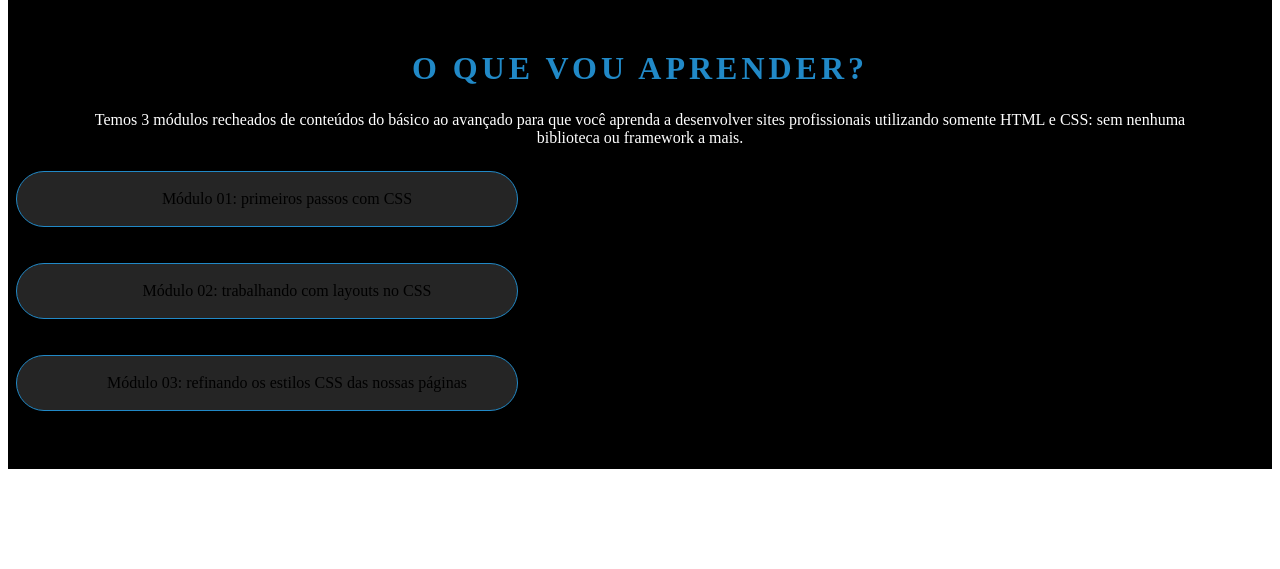
Repository: gustavotwist/trilha-css-desafio-01
Page: index.html
These files come from the project's save history. The page is drawn as it stood at one moment and after a run of saves; the edit follows.
The browser window is 1280 px wide. The pictures show the part of the page from y = 669 to 1238 px (the page is 3008 px tall before and 3009 px after).
Pictures or frames that could not be fetched are drawn as grey boxes. A picture or video elsewhere on the page could not be fetched, so the positions and the page height are approximate.

Above is the page before, as saved 2024-07-16 19:28:17.

### index.html
<!DOCTYPE html>
<html lang="en">
<head>
  <meta charset="UTF-8">
  <meta http-equiv="X-UA-Compatible" content="IE=edge">
  <meta name="viewport" content="width=device-width, initial-scale=1.0">
  <title>Trilha de CSS - DIO</title>
  <link rel="stylesheet" href="global.css">
</head>
<body>
  <header class="banner">
    <div class="banner-content">
      <div class="logo">
        <img src="assets/images/logo.png" title="Logotipo Trilha de CSS DIO" alt="Logotipo Trilha de CSS DIO">
      </div>
      <h1>Trilha de CSS da DIO</h1>
      <p>A nova Trilha de CSS da DIO está disponível. Acesse já e aprenda do zero como desenvolver sites profissionais.</p>
      <button>Quero me inscrever</button>
    </div>
  </header>
  <main>
    <section id="course-content">
      <h2>O que vou aprender?</h2>
      <p>
        Temos 3 módulos recheados de conteúdos do básico ao avançado para que você aprenda a
        desenvolver sites profissionais utilizando somente HTML e CSS: sem nenhuma biblioteca ou framework a mais.
      </p>
      <div class="modules-list">
        <div class="module">
          <span>Módulo 01:</span> primeiros passos com CSS
        </div>
        <div class="module">
          <span>Módulo 02:</span> trabalhando com layouts no CSS
        </div>
        <div class="module">
          <span>Módulo 03:</span> refinando os estilos CSS das nossas páginas
        </div>
      </div>
    </section>
    <section id="transform-world">
      <p>TRANSFORME O MUNDO COM A GENTE</p>
    </section>
    <section id="professional-challenges">
      <h2>Evolua e encare novos desafios profissionais</h2>
      <img src="assets/images/professional-challenges.png" title="Homem lendo depoimentos em um tablet" alt="Homem lendo depoimentos em um tablet">
      <p>
        Junte-se ao nosso ecossistema e transforme o mundo com a gente! Todos os dias dezenas de empresas
        acessam a nossa plataforma em busca dos talentos mais criativos, dinâmicos e colaborativos,
        além do conhecimento técnico.
        A nossa missão é te preparar para que você conecte-se com as melhores oportunidades.
      </p>
    </section>
  </main>
  <footer>
    <img class="dio-logo" src="assets/images/dio-logo.png" title="Logotipo DIO com o texto make the change" alt="Logotipo DIO com o texto make the change">
    <p>Acesse <a href="https://dio.me">dio.me</a> e se cadastre agora</p>
  </footer>
</body>
</html>

### global.css
.banner {
    background:url('/assets/images/banner.png'), no-repeat, linear-gradient(to bottom, #030709, #030709 10%, #0a1b23 50%, #030709 95%);
    background-size: cover;
    height: 600px;
    padding-top: 60px;
    border-bottom: 1px solid #2189c7;
}

h2 {
    font-size: 2rem;
    color:#2189c7;
    text-transform:uppercase;
    font-weight: bold;
    letter-spacing: 4px;
    margin-bottom: 24px;
}

.banner h1 {
    font-size: 2.5rem;
    font-weight: 900;
    text-transform: uppercase;
    color: transparent;
    background: -webkit-linear-gradient(#2189c7, #1472B7);
    background-clip: text;
    -webkit-background-clip: text;
  }

.banner .banner-content {
    text-align:center;
    color: white;
    width: 500px;
    margin: auto;
}

.banner .logo {
    background-color: rgba(0, 0, 0, .2);
    height: 260px;
    width: 260px;
    margin: auto;
    border-radius: 50%;
    padding: 16px;
    margin-bottom: 16px;
  }

.banner .logo img {
    margin: auto;
    width: 100%;
    height: 100%;
    object-fit: contain;
}

.banner .banner-content button {
    color: #2189c7;
    font-size: 1rem;
    font-weight: bold;
    padding: 16px 32px;
    text-transform: uppercase;
    letter-spacing: 4px;
    background-color: transparent;
    border-image: linear-gradient(#2189c7, #1572B7);
    border-image-slice: 10;
    border-radius: 30px;
  }


#course-content{
    border-top: solid  #2189c7;
    margin-top: -30px;
    padding:50px 58px;
    text-align:center;
    background-color:#000000;
}

section{
    margin: 100px auto;
}

p {
    color: white;
}

.banner p {
    font-size: 1.25rem;
    margin: 16px 0 24px;
  }


.modules-list {
    white-space:pre-wrap;
    margin:-28px -50px;
    padding:-20px -20px;
}

.module {
    background-color:#252525;
    border: solid #2189c7 1px;
    border-radius:50px;
    padding:-500px;
    width:500px;
}

#transform-world {
    margin-top:40px 20px;
    padding:250px 280px;
    background:url('/assets/images/woman-code.png'), no-repeat;
    object-fit:scale-down;
}

#professional-challenges {
    margin-top: -30px;
    padding:50px 58px;
    text-align:center;
    background-color:#000000;
}

footer {
    border-top: solid  #2189c7;
    margin-top: -10px;
    padding:50px 580px;
    text-align:center;
    background: linear-gradient(to bottom, #030709, #030709 10%, #0a1b23 50%, #030709 95%);
}

After the next 2 saves:
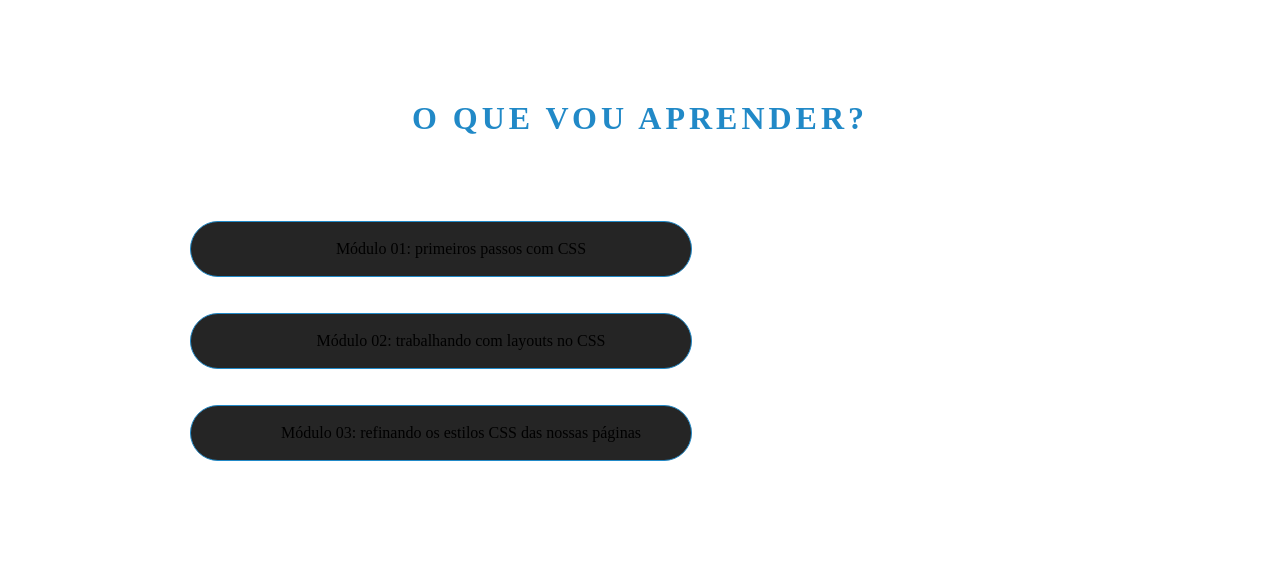
The 2 saves are shown as one change because they came seconds apart.
The last was saved 3 min 25 s later.
--- a/global.css
+++ b/global.css
@@ -64,11 +64,8 @@ h2 {
 
 
 #course-content{
-    border-top: solid  #2189c7;
-    margin-top: -30px;
-    padding:50px 58px;
-    text-align:center;
-    background-color:#000000;
+    width: 800px;
+    text-align: center;
 }
 
 section{
